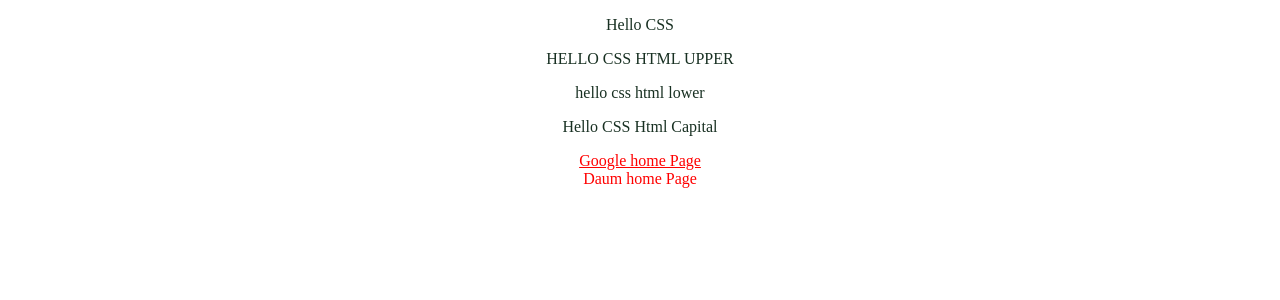
Repository: suhong99/htmlLecture
Page: cssSample2/src/main/webapp/index1.html
An editor plug-in stored every save of this project. The page is shown before and after a run of saves, followed by the edit.
The browser window is 1280 px wide. The pictures show the whole page.
The first visible `a` is being pressed.

Above is the page before, as saved 2023-06-22 01:40:43.

After the next 2 saves:
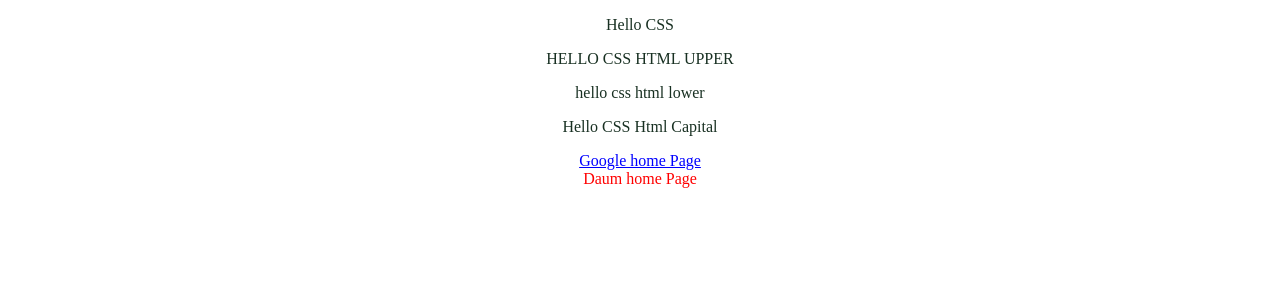
The 2 saves are shown as one change because they came seconds apart.
The last was saved 71 s later.
--- a/cssSample2/src/main/webapp/index1.html
+++ b/cssSample2/src/main/webapp/index1.html
@@ -30,6 +30,9 @@
 	a:hover {
 		text-decoration:underline;
 	}
+	a:active{
+	color : #0000ff;
+	}
 </style>
 <body>
 
